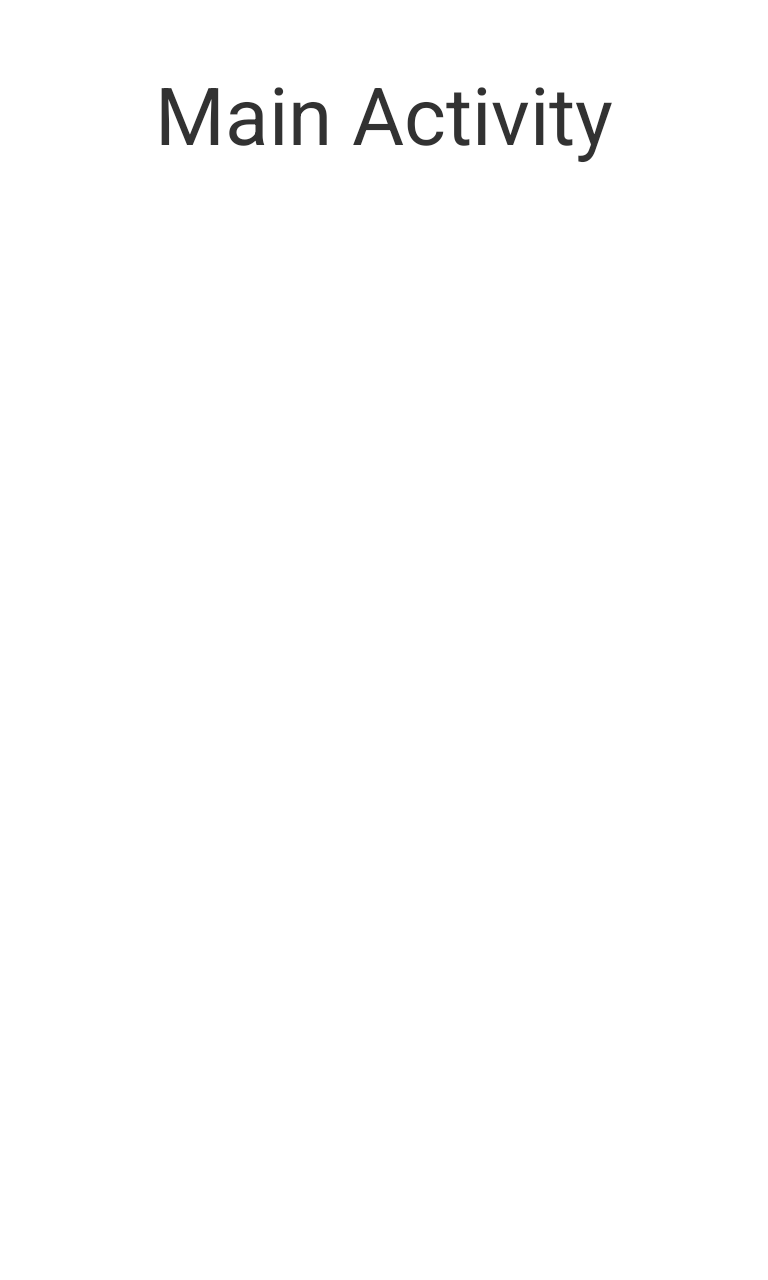
Repository: CiLiNet-Android/courseware
Layout: Android用户界面/Button/SourceCodes/ButtonDemo/res/layout/activity_main.xml
These files come from the project's save history. The layout is drawn as it stood at one moment and after the next save; the edit follows.
It is drawn on a 768 x 1280 px phone screen (xhdpi) without system bars, with theme AppTheme; the app's code is not run.

Above is the layout before, as saved 2014-02-23 07:06:44.

### Android用户界面/Button/SourceCodes/ButtonDemo/res/layout/activity_main.xml
<?xml version="1.0" encoding="utf-8"?>
<LinearLayout xmlns:android="http://schemas.android.com/apk/res/android"
    android:layout_width="match_parent"
    android:layout_height="match_parent"
    android:orientation="vertical" >

    <TextView
        android:layout_width="match_parent"
        android:layout_height="wrap_content"
        android:gravity="center_horizontal"
        android:layout_marginTop="30dp"
        android:textSize="40sp"
        android:text="Main Activity"/>

</LinearLayout>

Loaded but not shown: Android用户界面/Button/SourceCodes/ButtonDemo/res/values/styles.xml (common file)

After the next save:
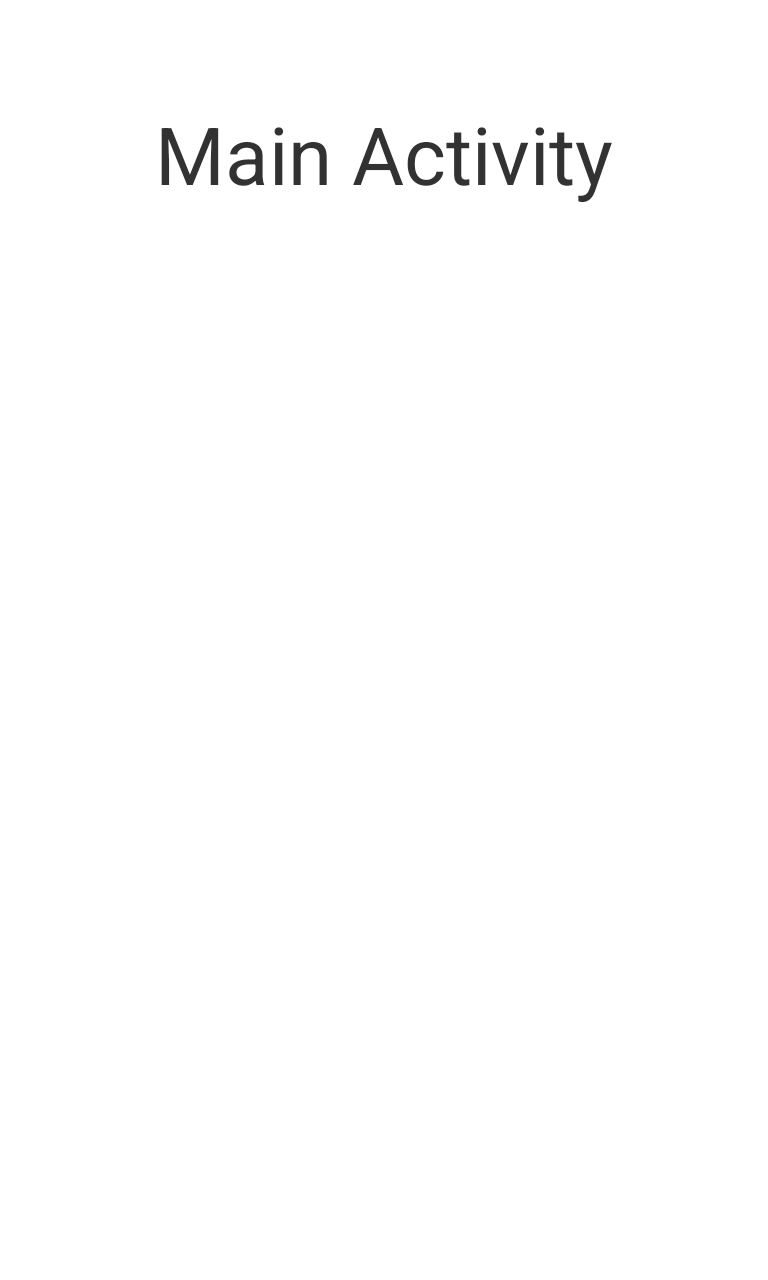
Saved 7 s later.
--- a/Android用户界面/Button/SourceCodes/ButtonDemo/res/layout/activity_main.xml
+++ b/Android用户界面/Button/SourceCodes/ButtonDemo/res/layout/activity_main.xml
@@ -8,7 +8,7 @@
         android:layout_width="match_parent"
         android:layout_height="wrap_content"
         android:gravity="center_horizontal"
-        android:layout_marginTop="30dp"
+        android:layout_marginTop="50dp"
         android:textSize="40sp"
         android:text="Main Activity"/>
 
